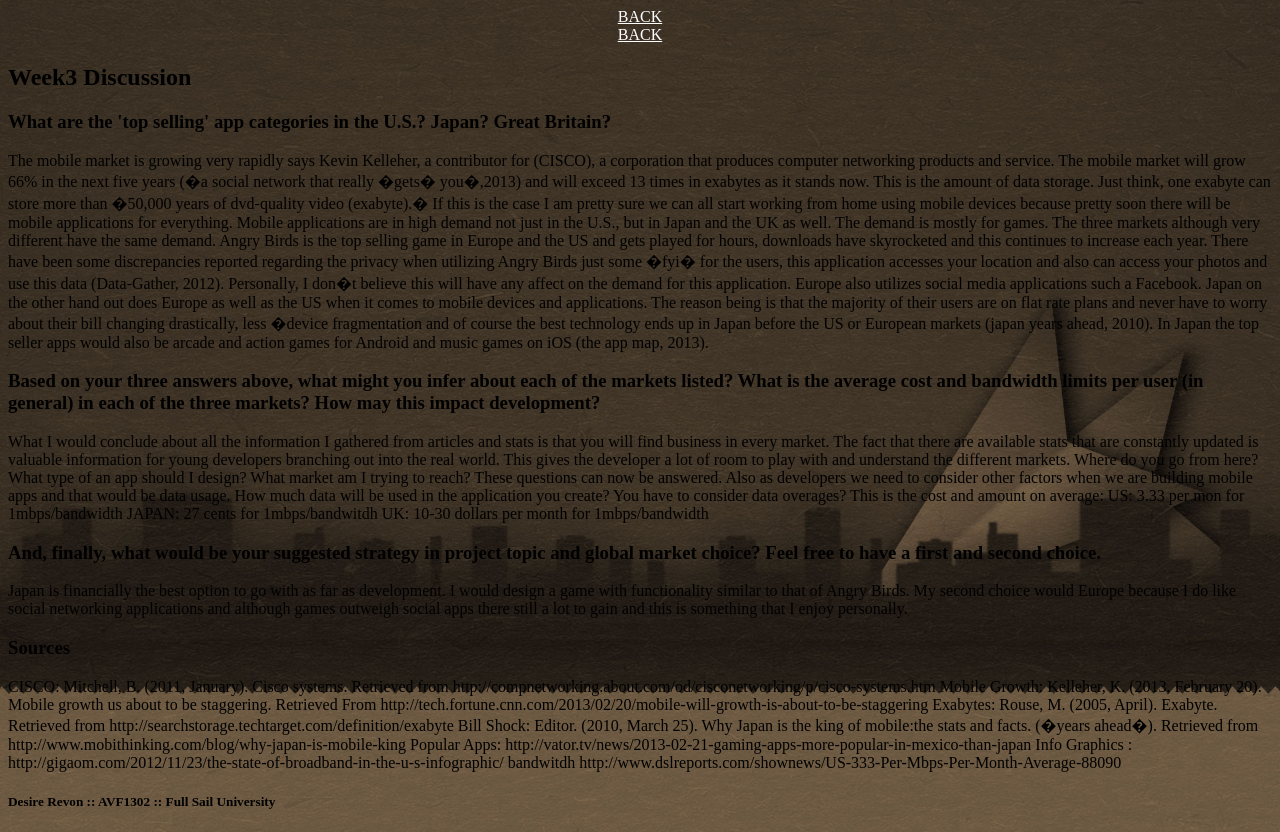
Repository: desirerevon/AVF2
Page: android/droidAp/assets/www/weekThree.html
An editor plug-in stored every save of this project. The page is shown before and after the next save, followed by the edit.
The browser window is 1280 px wide. The pictures show the whole page.

Above is the page before, as saved 2013-02-27 18:51:33.

After the next save:
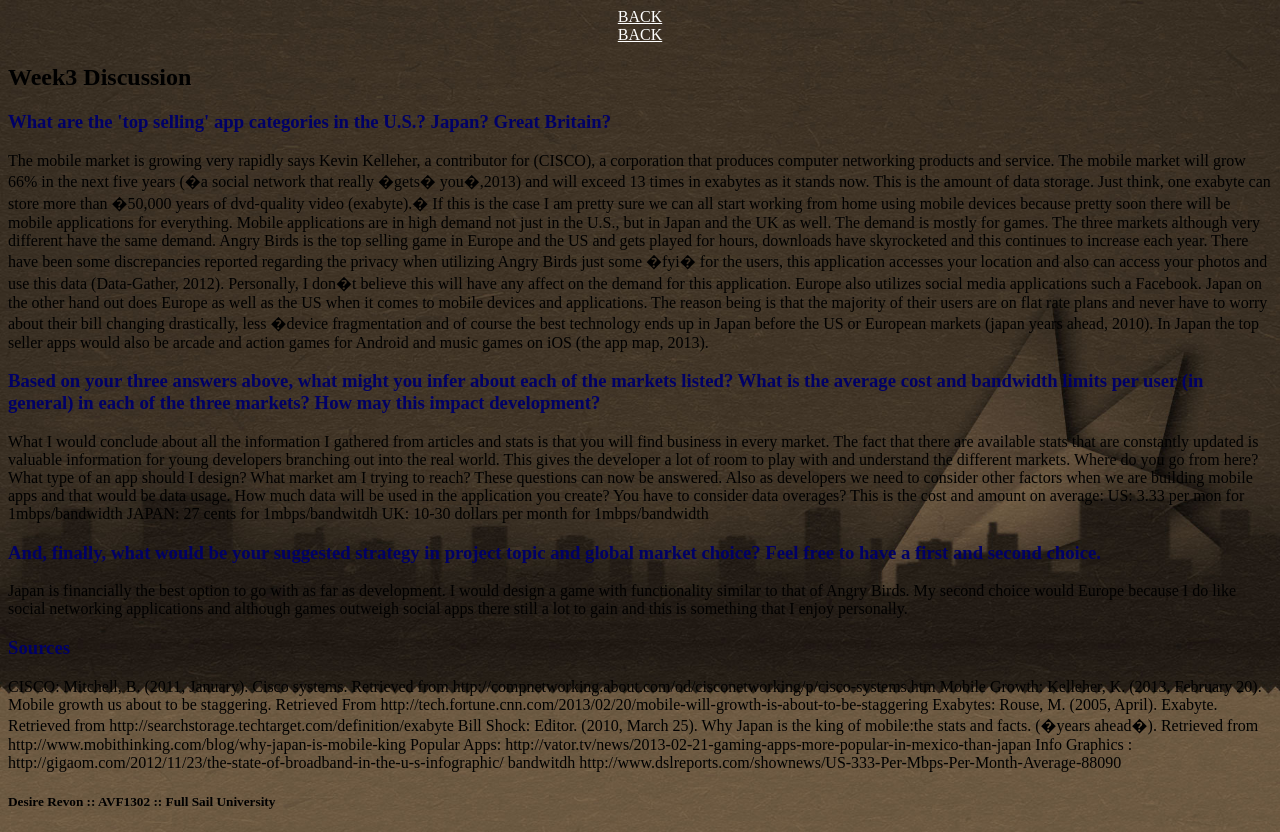
Saved 21 s later.
--- a/android/droidAp/assets/www/css/index.css
+++ b/android/droidAp/assets/www/css/index.css
@@ -30,7 +30,8 @@
 
 }
 
-#weekOne h3{
+#weekThree h3{
+color: #000066;
 
 }
 
